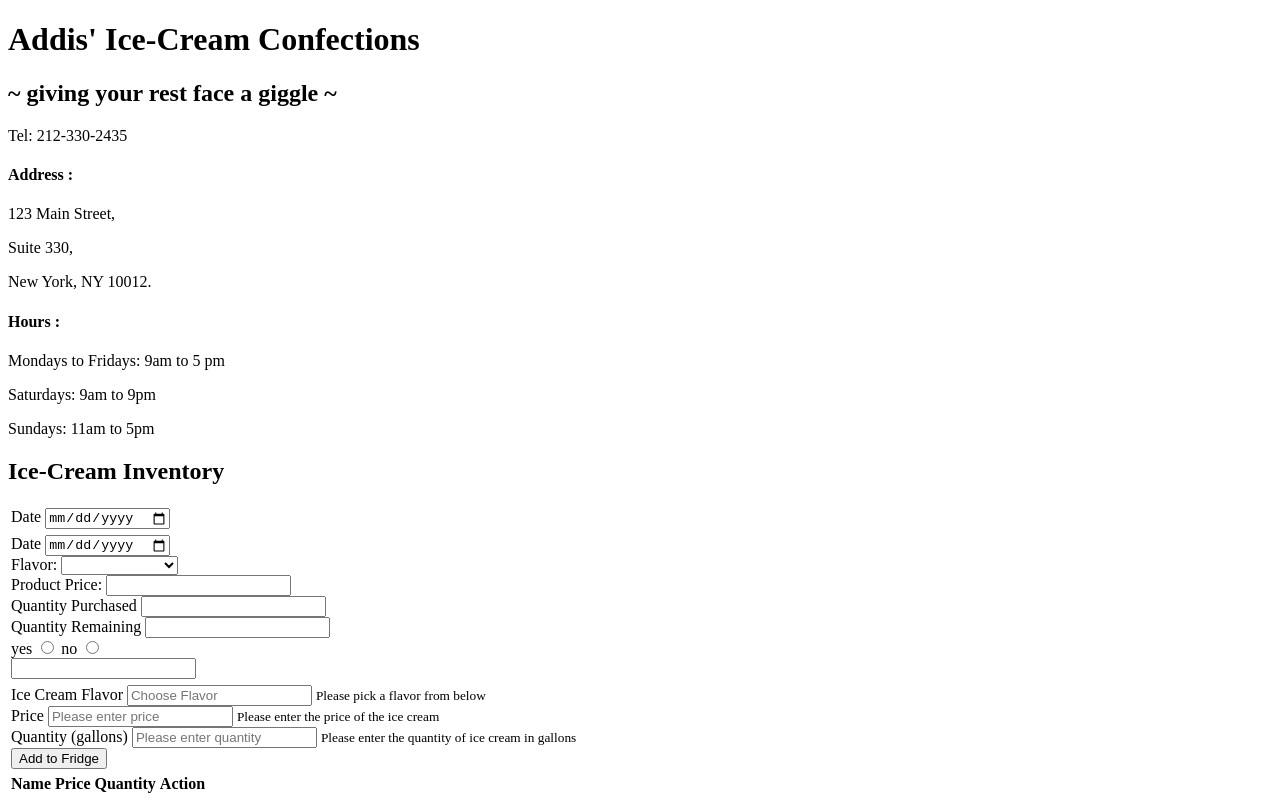
Repository: addisjackson/inventory-web-application
Page: index.html
The author's editor kept a copy of each file at every save. The page is drawn from the files as they stood at one save, then again after a run of saves.
The browser window is 1280 px wide. The pictures show the whole page.

Above is the page before, as saved 2023-07-05 18:07:21.

### index.html
<!DOCTYPE html>
<html lang="en">
<head>
    <meta charset="UTF-8">
    <meta name="viewport" content="width=, initial-scale=1.0">
    <meta http-equiv="X-UA-Compatible" content="ie=edge">
    <title>Inventory Web Application</title>
    <link rel="stylesheet" href="style.css">
    <script>
        function toggleNewFlavorInput() {
            const flavorSelect = document.getElementById("flavor");
            const newFlavorInput = document.getElementById("newFlavorInput");
            if (flavorSelect.value === "newFlavor") {
                newFlavorInput.style.display = "block";
            } else {
                newFlavorInput.style.display = "none";
            }
        }
    </script>
</head>
    <body>
    <div class="storename">
        <div class="header">
            <h1>Addis' Ice-Cream Confections</h1>
        </div>
    </div>
        <div class="slogon">
            <h2>~ giving your rest face a giggle ~</h2>
        </div>
        <div class="tel">
            <p>Tel: 212-330-2435</p>
        </div>
        <div class="addresshours">
            <div class="address">
                <h4>Address :</h4>
                <p>123 Main Street,</p>
                <p>Suite 330,</p>
                <p>New York, NY 10012.</p>
            </div>
        <div class="addresshours">
            <div class="hours">
                <h4>Hours :</h4>
                <p>Mondays to Fridays: 9am to 5 pm</p>
                <p>Saturdays: 9am to 9pm</p>
                <p>Sundays: 11am to 5pm</p>
            </div>
        </div>
        <div class="title">
            <h2>Ice-Cream Inventory</h2>
        </div>
            </div>
        <table>
            <tr>
                <td>
                    <form autocomplete="off" onsubmit="onFormSubmit()">
                        <div class="datename">
                            <label for="date">Date</label>
                            <input type="date" name="date" id="date">
                        </div>
                        <div class="datename">

                        </div>
                    </form>
                </td>
            </tr>
        </table>
        <table>
            <tr>
                <td>
                    <form autocomplete="off" onsubmit="onFormSubmit()">
                        <div class="datename">
                            <label for="date">Date</label>
                            <input type="date" name="date" id="date">
                        </div>
                        <div class="datename">
                            <label for="flavor">Flavor:</label>
                            <select id="flavor" onchange="toggleNewFlavorInput()">
                                <option value="Vanilla"></option>
                                <option value="Chocolate"></option>
                                <option value="Strawberry"></option>
                                <option value="Cookies and Cream"></option>
                                <option value="Cookie Dough"></option>
                                <option value="Butter Pecan"></option>
                                <option value="Birthday Cake"></option>
                                <option value="Rocky Road"></option>
                                <option value="Coffee"></option>
                                <option value="Pistachio"></option>
                                <option value="Chocolate Chip"></option>
                                <option value="Chocolate Chip Cookie Dough"></option>
                                <option value="Chocolate Peanut Butter"></option>
                                <option value="Chocolate Marshmallow"></option>
                                <option value="Chocolate Chip Mint"></option>
                                <option value="Chocolate Fudge Brownie"></option>
                                <option value="newFlavor">Flavor not listed</option>
                            </select>
                            <input type="text" id="newFlavorInput" name="newFlavor" style="display: none;">
                        </div>
                        <div>
                            <label for="productPrice">Product Price:</label>
                            <input type="number" name="productPrice" id="productPrice">
                        </div>
                        <div>
                            <label for="quantityPurchased">Quantity Purchased</label>
                            <input type="number" name="quantityPurchased" id="quantityPurchased">
                        </div>
                        <div>
                            <label for="quantityRemaining">Quantity Remaining</label>
                            <input type="number" name="quantityRemaining" id="quantityRemaining">
                        </div>
                        <div>
                            <label for="order">yes</label>
                            <input type="radio" id="order" name="order">
                            <label for="noorder">no</label>
                            <input type="radio" id="noorder" name="order">
                        </div>

                        <div class="form_action-button>
                            <input type="submit" value="submit">
                            <inpt
                        </div>

                            <input type="number" name="quantityPurchased" id="quantityPurchased">
                        </div>


                    </form>
                </td>
            </tr>
        </table>
            <div class="form">
                <form name="inventory" id="form">
                    <table>
                        <tr>
                            <td>
                                <div class="form-control">
                                    <label for="iceCreamNames">Ice Cream Flavor</label>
                                    <input list="ice-cream-flavors" id="iceCreamNames" name="iceCreamNames"
                  placeholder="Choose Flavor" onchange="if (this.value=='10000'){userselect.
                  style.visibility='visible'}else {userselect.style.visibility='hidden'};">
                                    <small>Please pick a flavor from below</small>
                                    <datalist id="ice-cream-flavors">
                                    </datalist>
                                    <input type="textbox" name="10000" id="input" style="visibility:hidden;">
                                </div>
                                <div class="form-control">
                                    <label for="price">Price</label>
                                    <input type="number" id="price" name="price" placeholder="Please enter price" required>
                                    <small>Please enter the price of the ice cream</small>
                                </div>
                                <div class="form-control">
                                    <label for="quantity">Quantity (gallons)</label>
                                    <input type="number" id="quantity" name="quantity" placeholder="Please enter quantity" required>
                                    <small>Please enter the quantity of ice cream in gallons</small>
                                </div>
                                <button type="submit">Add to Fridge</button>
                             </form>
                            </td>
                        </tr>
                    </table>

            </div>
            <div class="table">
                <table id="table">
                    <thead>
                        <tr>
                            <th>Name</th>
                            <th>Price</th>
                            <th>Quantity</th>
                            <th>Action</th>
                        </tr>
                    </thead>
                    <tbody id="tbody">
                    </tbody>
                </table>
            </div>
        </div>
    </div>

Loaded but not shown: style.css (no copy from this time; the picture is the same without it)

After the next 4 saves:
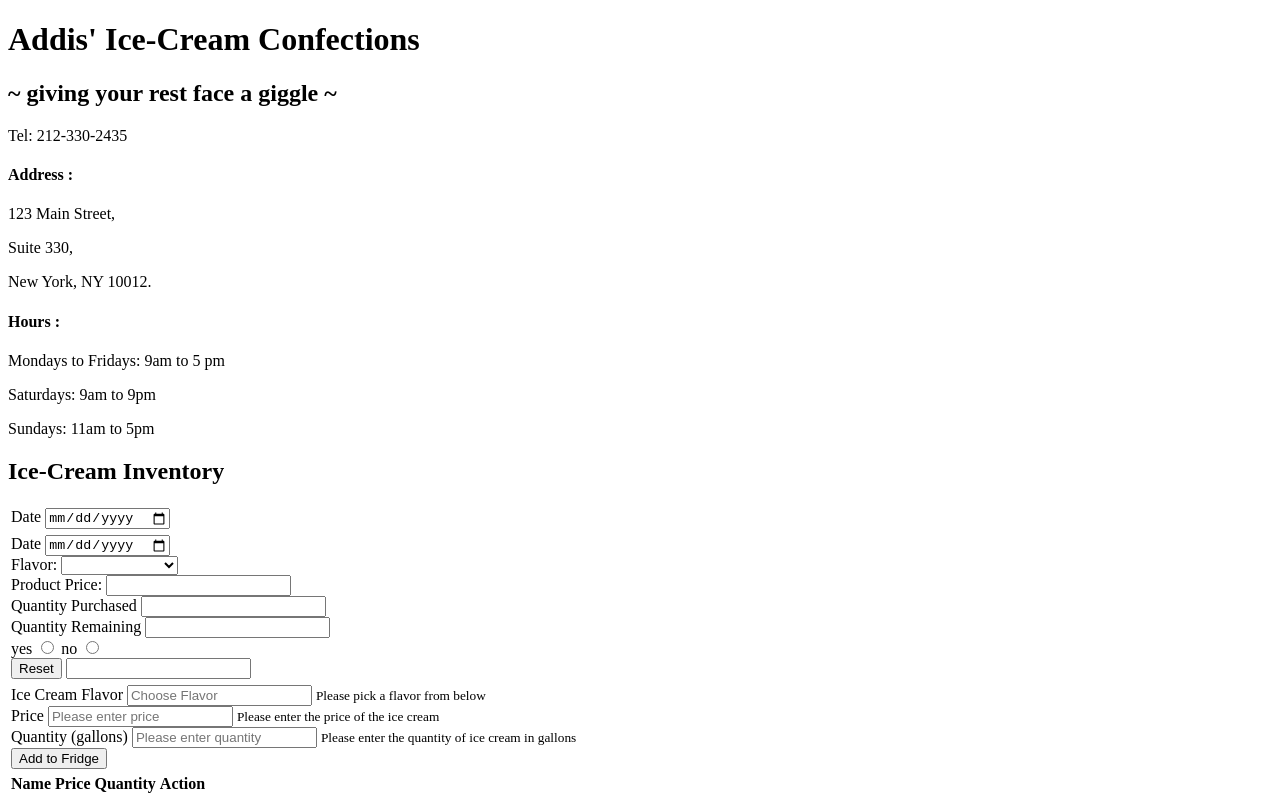
The 4 saves are shown as one change because they came seconds apart.
The last was saved 13 s later.
--- a/index.html
+++ b/index.html
@@ -116,7 +116,7 @@
 
                         <div class="form_action-button>
                             <input type="submit" value="submit">
-                            <inpt
+                            <input type="reset"
                         </div>
 
                             <input type="number" name="quantityPurchased" id="quantityPurchased">
